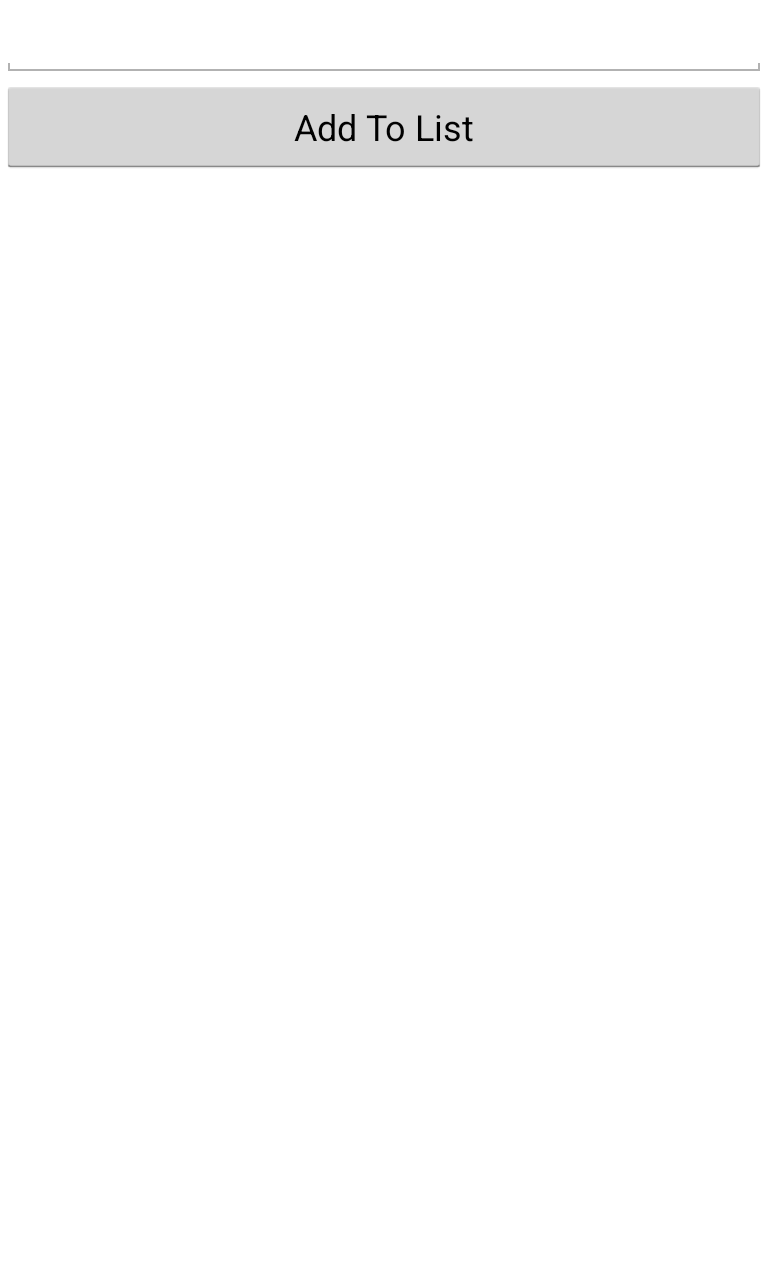
Repository: cutepig123/MyAndroidTestApps
Layout: Test3_TodoList/res/layout/activity_main.xml
An editor plug-in stored every save of this project. The layout is shown before and after the next save, followed by the edit.
Pictures or frames that could not be fetched are drawn as grey boxes. It is drawn on a 768 x 1280 px phone screen (xhdpi) without system bars, with theme AppTheme; the app's code is not run. Lists and similar views that code fills are empty.

Above is the layout before, as saved 2013-04-21 06:37:43.

After the next save:
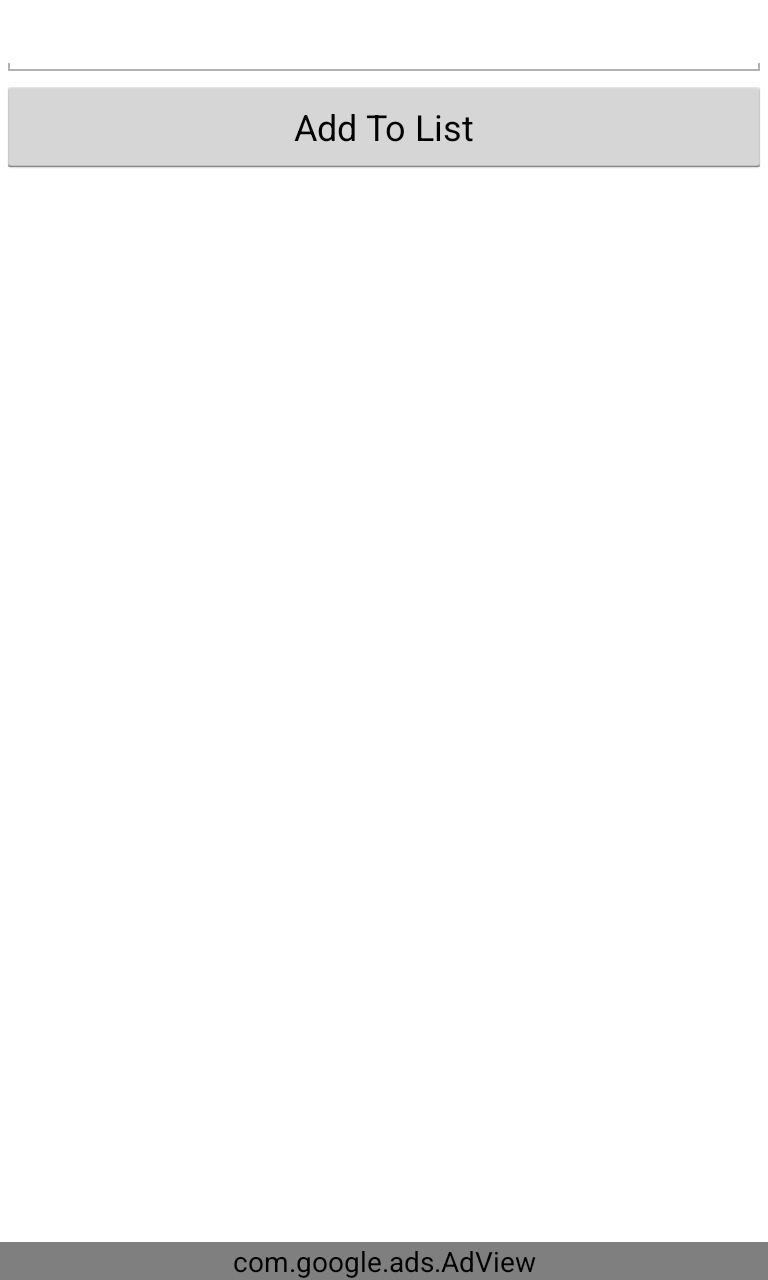
Saved 19 s later.
--- a/Test3_TodoList/res/layout/activity_main.xml
+++ b/Test3_TodoList/res/layout/activity_main.xml
@@ -35,7 +35,15 @@
 
     </LinearLayout>
 
-
+    <com.google.ads.AdView
+             xmlns:ads="http://schemas.android.com/apk/lib/com.google.ads"
+             android:id="@+id/adView"
+             android:layout_width="fill_parent"
+             android:layout_height="wrap_content"
+             ads:adUnitId="a151737708df4ce"
+             android:layout_alignParentBottom="true"
+             ads:adSize="BANNER"
+             ads:loadAdOnCreate="true"/>
 
 
 </RelativeLayout>
